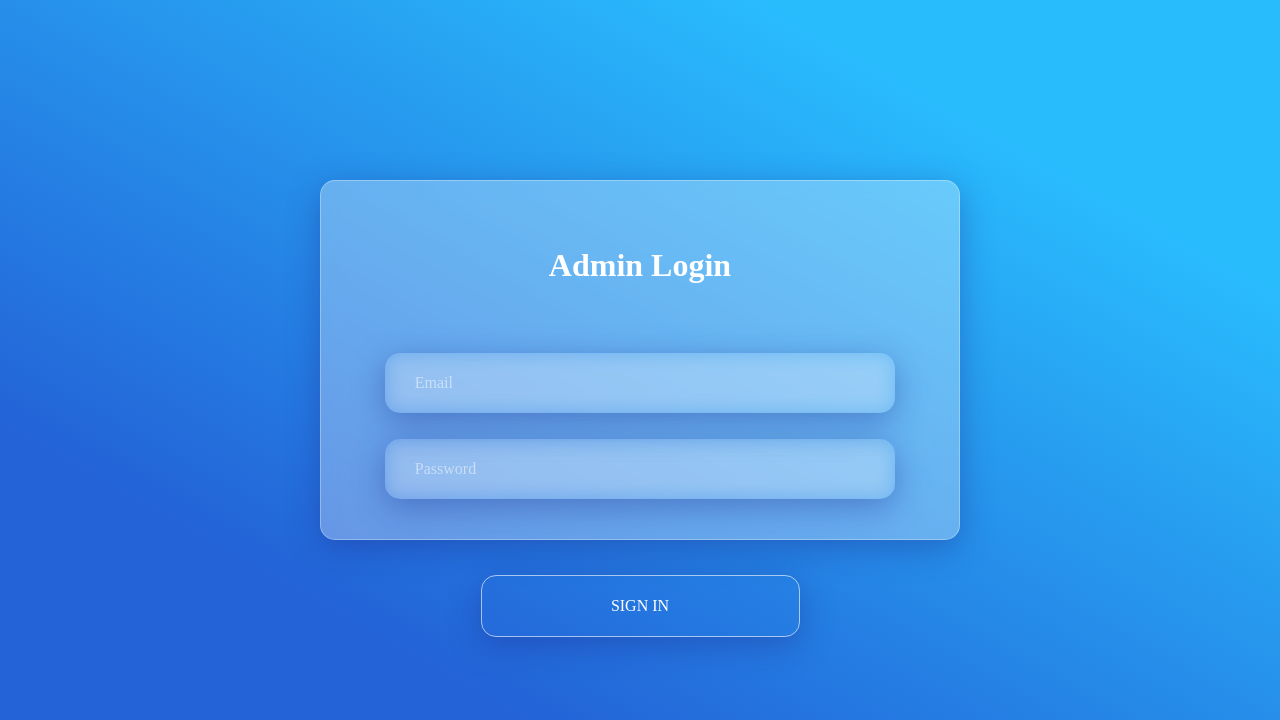
Repository: LEEYONGJUN3068/cms
Page: /login
An editor plug-in stored every save of this project. The page is shown before and after the next save, followed by the edit.
The browser window is 1280 px wide. The pictures show the whole page.
The page's requests for data from a server got no answer. The project was rebuilt for these pictures with package versions that can differ from the ones it lists, and the page was loaded fresh each time. The framework's server and built-in components were replaced by stand-ins that run in the browser. No one was signed in, and anything a server would have sent is missing. Also part of the build but not shown: next.config.mjs.

Above is the page before, as saved 2025-09-23 14:58:53.

### src/app/layout.js
import { Geist, Geist_Mono } from "next/font/google";
import "./globals.css";
import AppLoader from "@/components/AppLoader";
import "../styles/globals.scss";

const geistSans = Geist({
  variable: "--font-geist-sans",
  subsets: ["latin"],
});

const geistMono = Geist_Mono({
  variable: "--font-geist-mono",
  subsets: ["latin"],
});

export const metadata = {
  title: "Create Next App",
  description: "Generated by create next app",
  stylesheets: [
    {
      rel: 'stylesheet',
      as: 'style',
      crossOrigin: 'anonymous',
      href: 'https://cdn.jsdelivr.net/gh/orioncactus/pretendard@v1.3.9/dist/web/static/pretendard.min.css',
    },
  ],
};

export default function RootLayout({ children }) {
  return (
    <html lang="ko">
      <body
        className={`${geistSans.variable} ${geistMono.variable} antialiased`}
      >
        <AppLoader>{children}</AppLoader>
      </body>
    </html>
  );
}

### src/app/login/page.jsx
'use client'
import { useState } from 'react'
import { supabase } from '@/lib/supabaseClient'
import { useRouter } from 'next/navigation'
import styles from './login.module.scss'

export default function Login() {
  const [email,setEmail] = useState('')
  const [password,setPassword] = useState('')
  const router = useRouter()

  const handleLogin = async (e) => {
    e.preventDefault()
    const { data, error } = await supabase.auth.signInWithPassword({ email, password })
    if (error) alert(error.message)
    else router.push('/dashboard')
  }

  return (
    <div className={styles.loginContainer}>
      <div className={styles.form}>
        <h2>Admin Login</h2>
        <form onSubmit={handleLogin}>
          <input
            type="email"
            placeholder="Email"
            value={email}
            onChange={(e)=>setEmail(e.target.value)}
            required
            name='id'
          />
          <input
            type="password"
            placeholder="Password"
            value={password}
            onChange={(e)=>setPassword(e.target.value)}
            required
            name='pw'
          />
          <button type="submit" className={styles.loginBtn}>SIGN IN</button>
        </form>
      </div>
    </div>
  )
}

### src/app/globals.css
@import "tailwindcss";

:root {
  --background: #ffffff;
  --foreground: #171717;
}

@theme inline {
  --color-background: var(--background);
  --color-foreground: var(--foreground);
  --font-sans: var(--font-geist-sans);
  --font-mono: var(--font-geist-mono);
}

@media (prefers-color-scheme: dark) {
  :root {
    --background: #0a0a0a;
    --foreground: #ededed;
  }
}

body {
  background: var(--background);
  color: var(--foreground);
  font-family: 'Pretendard';
}

### src/components/AppLoader.jsx
"use client";

import { useState, useEffect } from "react";
import dynamic from 'next/dynamic'; // dynamic import 추가

// LoadingScreen 컴포넌트를 dynamic으로 불러오고, ssr을 false로 설정합니다.
// 이렇게 하면 이 컴포넌트는 오직 브라우저에서만 렌더링됩니다.
const LoadingScreen = dynamic(() => import('./LoadingScreen'), { ssr: false });

const AppLoader = ({ children }) => {
  const [loading, setLoading] = useState(true);

  useEffect(() => {
    const isFirstVisit = sessionStorage.getItem("isFirstVisit");

    if (isFirstVisit) {
      setLoading(false);
    } else {
      sessionStorage.setItem("isFirstVisit", "false");
      setTimeout(() => {
        setLoading(false);
      }, 3000);
    }
  }, []);

  return loading ? <LoadingScreen /> : <>{children}</>;
};

export default AppLoader;

### src/styles/globals.scss
button{
    &:hover{
        cursor: pointer;
    }
}

### src/app/login/login.module.scss
.loginContainer{
    background: linear-gradient(to bottom left, #29bcfd 20%, #2362d7 80%);
    width: 100%;
    height: 100vh;

    .form{
        position: absolute;
        left: 50%;
        top: 50%;
        transform: translate(-50%, -50%);
        width: 50%;
        max-width: 960px;
        height: 50vh;
        max-height: 600px;
        background: rgba(255, 255, 255, 0.3);
        backdrop-filter: blur(10px);
        -webkit-backdrop-filter: blur(10px); /* Safari 브라우저 지원 */
        border: 1px solid rgba(255, 255, 255, 0.3);
        box-shadow: 0 8px 32px 0 rgba(31, 38, 135, 0.37);
        border-radius: 15px;
        padding: clamp(0px, 5vw, 60px) 0;
        color: white;

        h2{
            position: relative;
            top: 0;
            text-align: center;
            font-weight: bold;
            font-size: clamp(0px, 4vw, 32px);
            margin-bottom: 5vw;
        }

        input{
            width: 80%;
            height: 5vh;
            backdrop-filter: blur(10px);
            -webkit-backdrop-filter: blur(10px); /* Safari 브라우저 지원 */
            box-shadow: 0 8px 32px 0 rgba(31, 38, 135, 0.37);
            border-radius: 15px;
            padding: 30px;
            color: white;
            margin-bottom: 2vw;

            &:focus{
                outline: none;
            }
        }

        form{
            display: flex;
            flex-direction: column;
            justify-content: space-between;
            align-items: center;
        }

        .loginBtn{
            display: flex;
            align-items: center;
            justify-content: center;
            width: 50%;
            height: 5vh;
            backdrop-filter: blur(10px);
            -webkit-backdrop-filter: blur(10px); /* Safari 브라우저 지원 */
            border: 1px solid rgba(255, 255, 255, 0.6);
            box-shadow: 0 8px 32px 0 rgba(31, 38, 135, 0.37);
            border-radius: 15px;
            padding: 30px;
            font-weight: 500;
            color: white;
            margin-top: 4vw;

            &:hover{
                background-color: #fff;
                color: #2362d7;
                transition: all 0.5s;
            }
        }
    }
}

### src/components/LoadingScreen.jsx
"use client";

// lottie-react에서 Player를 가져옵니다.
import { Player } from "@lottiefiles/react-lottie-player";

const LoadingScreen = () => {
  return (
    <div style={{
      position: 'fixed',
      top: 0,
      left: 0,
      width: '100%',
      height: '100%',
      backgroundColor: '#000',
      display: 'flex',
      flexDirection: 'column',
      justifyContent: 'center',
      alignItems: 'center',
      zIndex: 9999,
    }}>
        <p style={{
            fontSize: 'clamp(0px, 5vw, 32px)',
            fontWeight: 'bold',
        }}>
          포트폴리오 화면을 구성중입니다
        </p>
        <Player
          autoplay
          loop
          src="https://lottie.host/dfe9ce55-f0b7-4bb0-bcd2-241897b61dec/JhkEyDhSuU.json"
          style={{ width: 'clamp(0px, 50vw, 300px)', height: 'auto' }}
        />
    </div>
  );
};

export default LoadingScreen;

Loaded but not shown: src/lib/supabaseClient.js (common file)

After the next save:
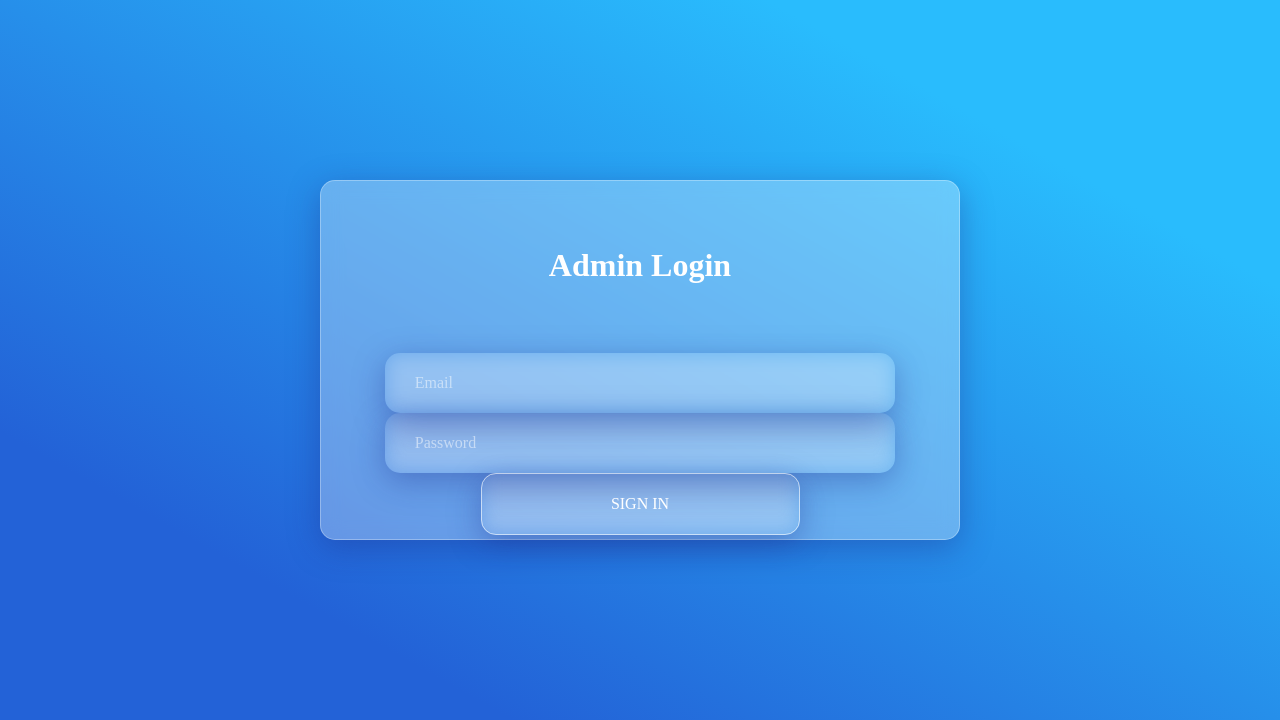
Saved 16 s later.
--- a/src/app/login/login.module.scss
+++ b/src/app/login/login.module.scss
@@ -39,7 +39,6 @@
             border-radius: 15px;
             padding: 30px;
             color: white;
-            margin-bottom: 2vw;
 
             &:focus{
                 outline: none;
@@ -67,7 +66,6 @@
             padding: 30px;
             font-weight: 500;
             color: white;
-            margin-top: 4vw;
 
             &:hover{
                 background-color: #fff;
